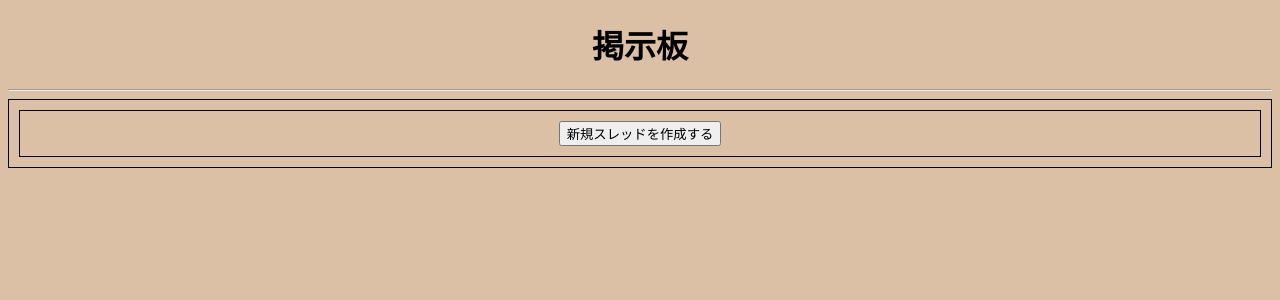
Repository: daidai0602/mba_portal
Page: http://localhost/php_2chan/
An editor plug-in stored every save of this project. The page is shown before and after the next save, followed by the edit.
The browser window is 1280 px wide. The pictures show the whole page.
The page is run by PHP 8.4 with error messages shown; the project is at /var/www/html/. Queries for data that is not in the repository find no rows.

Above is the page before, as saved 2023-12-04 16:35:09.

### index.php
<?php

include_once("./app/database/connect.php");

?>

<!DOCTYPE html>
<html lang="en">

<head>
    <meta charset="UTF-8">
    <meta http-equiv="X-UA-Compatible" content="IE=edge">
    <meta name="viewport" content="width=device-width, initial-scale=1.0">
    <title>掲示板</title>
    <link rel="stylesheet" href="./assets/css/style.css">
</head>

<body>
    <?php include("app/parts/header.php"); ?>
    <?php include("app/parts/newThreadButton.php"); ?>
    <?php include("app/parts/validation.php"); ?>
    <?php include("app/parts/thread.php"); ?>
</body>

</html>

### app/database/connect.php
<?php
$user = "root";

//DBと接続
try{
  $pdo = new PDO('mysql:host=localhost;dbname=2chan-bbs', $user, "");
} catch (PDOException $error){
  echo $error->getMessage();
}

### app/parts/header.php
<header>
    <h1 class="title">掲示板</h1>
    <hr>
</header>

### app/parts/newThreadButton.php
<div class="newThreadWrapper">
    <div class="newChildThreadWrapper">
        <button><a href="app/pages/createThread.php">新規スレッドを作成する</a></button>
    </div>
</div>

### app/parts/validation.php
    <!-- バリデーションチェックのエラー文吐きだし -->
    <?php if (isset($error_message)) : ?>
        <ul class="errorMessage">
            <?php foreach ($error_message as $error) : ?>
                <li><?php echo $error ?></li>
            <?php endforeach; ?>
        </ul>
    <?php endif; ?>

### app/parts/thread.php
<?php
include_once("./app/database/connect.php");
include("app/functions/comment_add.php");
include("app/functions/thread_get.php");
?>

<?php foreach ($thread_array as $thread) : ?>
    <div class="threadWrapper">
        <div class="childWrapper">
            <div class="threadTitle">
                <span>【タイトル】</span>
                <h1><?php echo $thread["title"] ?></h1>
            </div>

            <?php include("commentSection.php"); ?>
            <?php include("commentForm.php"); ?>

        </div>
    </div>
<?php endforeach ?>

### app/functions/comment_add.php
<?php
$error_message = array();

if (isset($_POST["submitButton"])) {

  //お名前入力チェック
  if(empty($_POST['username'])){
    $error_message["username"] = "お名前を入力してください。";
  }else {
    //エスケープ処理
    $escaped["username"] = htmlspecialchars($_POST["username"], ENT_QUOTES, "UTF-8");
  }
    //コメント入力チェック
  if(empty($_POST["body"])){
    $error_message["body"] = "コメントを入力してください。";
  } else {
    //エスケープ処理
    $escaped["body"] = htmlspecialchars($_POST["body"], ENT_QUOTES, "UTF-8");
  }

  if(empty($error_message)){
      $post_date = date("Y-m-d H:i:s");

      $sql = "INSERT INTO `comment` (`username`, `body`, `post_date`, `thread_id` )
      VALUES (:username, :body, :post_date, :thread_id);";
      $statement = $pdo->prepare($sql);

      //値をセットする
      $statement->bindParam(":username", $escaped["username"], PDO::PARAM_STR);
      $statement->bindParam(":body", $escaped["body"], PDO::PARAM_STR);
      $statement->bindParam(":post_date", $post_date, PDO::PARAM_STR);
      $statement->bindParam(":thread_id", $_POST["threadID"], PDO::PARAM_STR);

      $statement->execute();
  }
}

### app/functions/thread_get.php
<?php
$thread_array = array();

//コメントデータをテーブルから取得してくる.
$sql = "SELECT * FROM thread";
$statement = $pdo->prepare($sql);
$statement->execute();

$thread_array = $statement;

### assets/css/style.css
body {
  background-color: #dcc0a6;
}
.title {
  text-align: center;
  font-style: 34px;
}
.threadWrapper {
  background-color: #f3eded;
  padding: 10px;
  max-width: 1300px;
  margin: 0px auto;
  border: 1px solid black;
  margin-bottom: 20px;
}
.childWrapper {
  border: 1px solid black;
  padding: 10px;
}
.threadTitle {
  display: flex;
  align-items: center;
  font-weight: 600;
  margin-left: 6px;
  height: 60px;
}
.threadTitle h1{
  color: red;
  margin-left: 3px;
  font-size: 27px;
}
section {
  padding: 0 10px;
}
section .nameArea {
  display: flex;
  align-items: center;
  margin-bottom: -14px;
}

section .username {
  color: rgb(0, 128, 9);
  font-weight: 700;
}

section .comment {
  margin-top: 0;
  margin-left:20px;
}

.formWrapper {
  padding: 16px;
  margin-left: 20px;
}

.commentTextArea {
  margin-top: 20px;
  width: 500px;
  height: 90px;
  resize: none;
}

.errorMessage {
  color: red;
  margin-left: 70px;
}

/*新規スレッド*/

.newThreadWrapper {
  /* background-color: #b3eeb3; */
  padding: 10px;
  max-width: 1300px;
  margin: 0 auto;
  border: 1px solid black;
  margin-bottom: 20px;
}

.newChildThreadWrapper {
  text-align: center;
  padding: 10px;
  border: 1px solid black;
}

.newChildThreadWrapper button a {
  width: 150px;
  color: black;
  text-decoration: none;
}

After the next save:
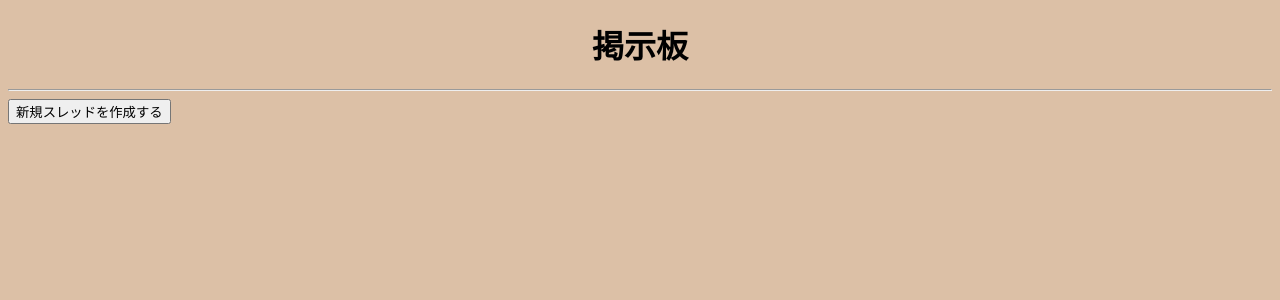
Saved 17 s later.
--- a/assets/css/style.css
+++ b/assets/css/style.css
@@ -67,14 +67,14 @@
 
 /*新規スレッド*/
 
-.newThreadWrapper {
+/* .newThreadWrapper {
   /* background-color: #b3eeb3; */
   padding: 10px;
   max-width: 1300px;
   margin: 0 auto;
   border: 1px solid black;
   margin-bottom: 20px;
-}
+} */
 
 .newChildThreadWrapper {
   text-align: center;

After the 2 saves that followed:
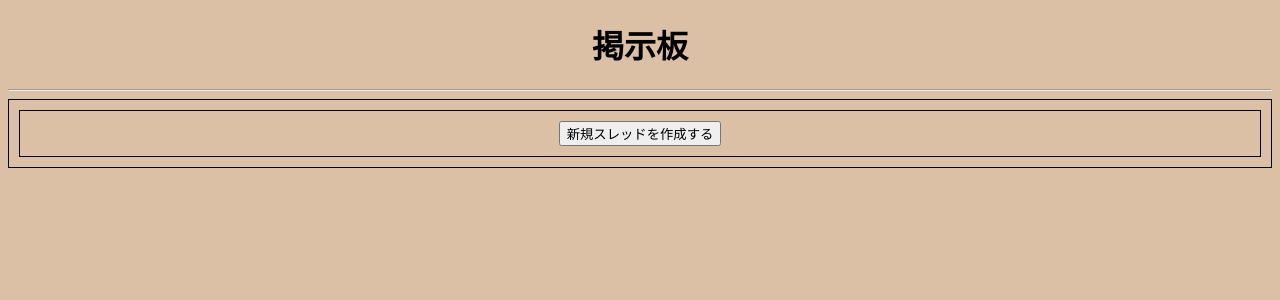
The 2 saves are shown as one change because 1 left the picture as it was.
The last was saved 18 s later.
--- a/assets/css/style.css
+++ b/assets/css/style.css
@@ -67,14 +67,14 @@
 
 /*新規スレッド*/
 
-/* .newThreadWrapper {
+.newThreadWrapper {
   /* background-color: #b3eeb3; */
   padding: 10px;
   max-width: 1300px;
   margin: 0 auto;
   border: 1px solid black;
   margin-bottom: 20px;
-} */
+}
 
 .newChildThreadWrapper {
   text-align: center;
